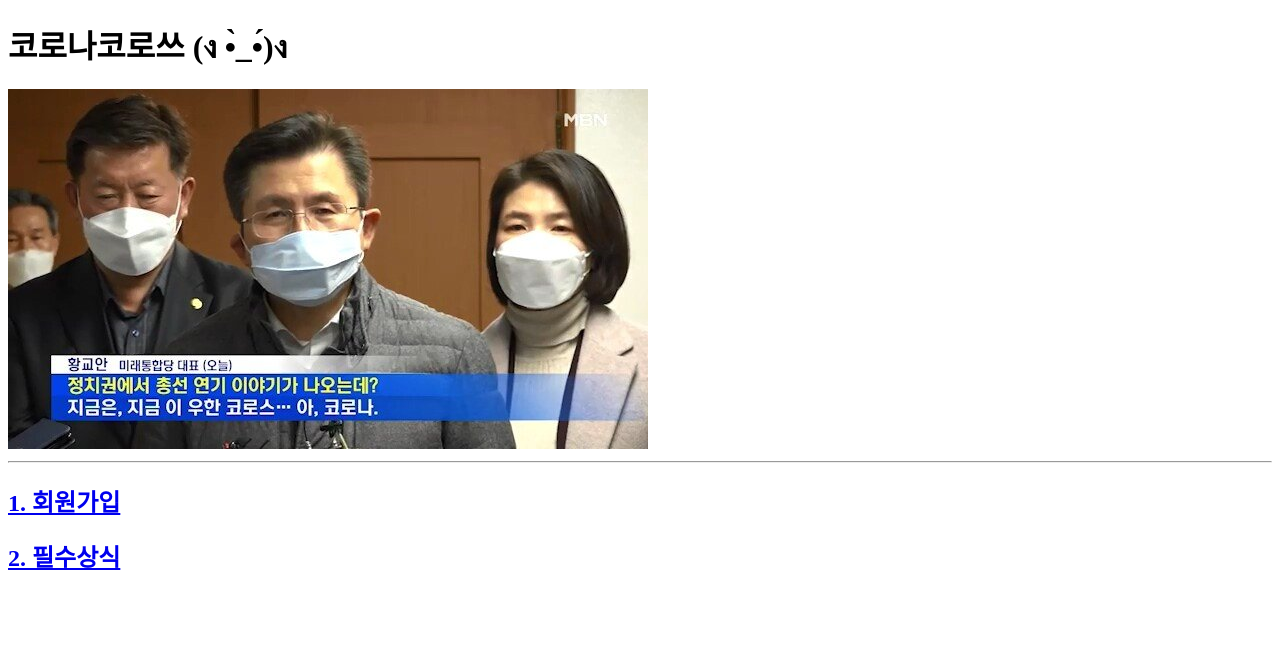
Repository: bbookk1104/spring-workspace
Page: http://localhost/practice_CRUD/
An editor plug-in stored every save of this project. The page is shown before and after the next save, followed by the edit.
The browser window is 1280 px wide. The pictures show the whole page.
The page is served by Tomcat 9. Other server files are loaded and not shown.

Above is the page before, as saved 2022-09-30 10:36:36.

### practice_CRUD/src/main/webapp/index.jsp
<%@ page language="java" contentType="text/html; charset=UTF-8"
    pageEncoding="UTF-8"%>
<!DOCTYPE html>
<html>
<head>
<meta charset="UTF-8">
<title>자가격리4일째</title>
</head>
<body>
	<h1>코로나코로쓰 (ง •̀_•́)ง </h1>
	<img src="/resources/img/coross.jpg">
	<hr>
	<h2><a href="/joinFrm.do">1. 회원가입</a></h2>
	<h2><a href="https://www.bbc.com/korean/features-62488296">2. 필수상식</a></h2>
</body>
</html>

After the next save:
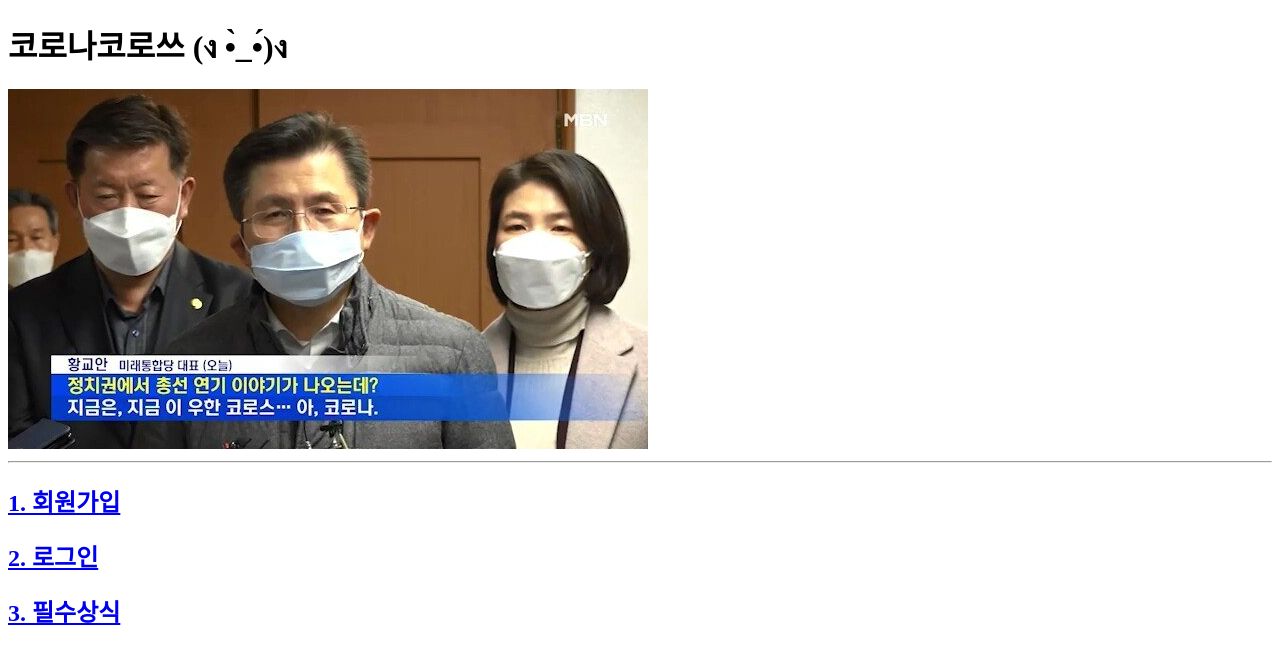
Saved 36 s later.
--- a/practice_CRUD/src/main/webapp/index.jsp
+++ b/practice_CRUD/src/main/webapp/index.jsp
@@ -11,6 +11,7 @@
 	<img src="/resources/img/coross.jpg">
 	<hr>
 	<h2><a href="/joinFrm.do">1. 회원가입</a></h2>
-	<h2><a href="https://www.bbc.com/korean/features-62488296">2. 필수상식</a></h2>
+	<h2><a href="/loginFrm.do">2. 로그인</a></h2>
+	<h2><a href="https://www.bbc.com/korean/features-62488296">3. 필수상식</a></h2>
 </body>
 </html>
